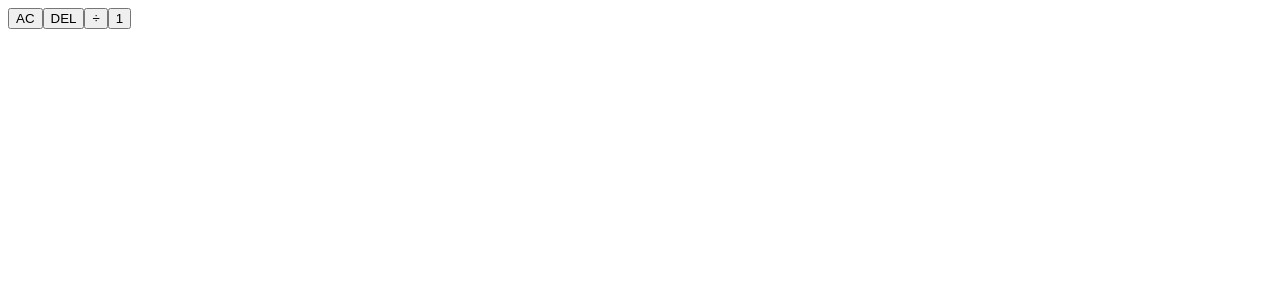
Repository: Ellisvelandia/Calculator
Page: /
An editor plug-in stored every save of this project. The page is shown before and after a run of saves, followed by the edit.
The browser window is 1280 px wide. The pictures show the whole page.
The project was rebuilt for these pictures with package versions that can differ from the ones it lists, and the page was loaded fresh each time. Also part of the build but not shown: src/index.css, src/App.css.

Above is the page before, as saved 2022-08-15 23:31:24.

### src/App.js
import './App.css';

function App() {
  return (
    <div className="calculator.grid">
      <div className='output'>
        <div className="previous-operand"></div>
        <div className="current-operand"></div>
      </div>
      <button className='span-two'>AC</button>
      <button>DEL</button>
      <button>÷</button>
      <button>1</button>
    </div>
  );
}

export default App

Loaded but not shown: public/index.html (common file); src/index.js (common file); src/reportWebVitals.js (common file)

After the next 3 saves:
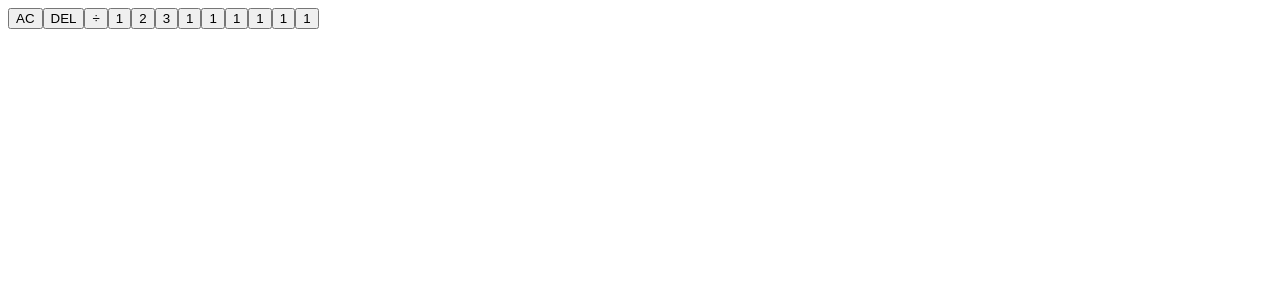
The 3 saves are shown as one change because they came seconds apart.
The last was saved 14 s later.
--- a/src/App.js
+++ b/src/App.js
@@ -11,6 +11,14 @@ function App() {
       <button>DEL</button>
       <button>÷</button>
       <button>1</button>
+      <button>2</button>
+      <button>3</button>
+      <button>1</button>
+      <button>1</button>
+      <button>1</button>
+      <button>1</button>
+      <button>1</button>
+      <button>1</button>
     </div>
   );
 }
